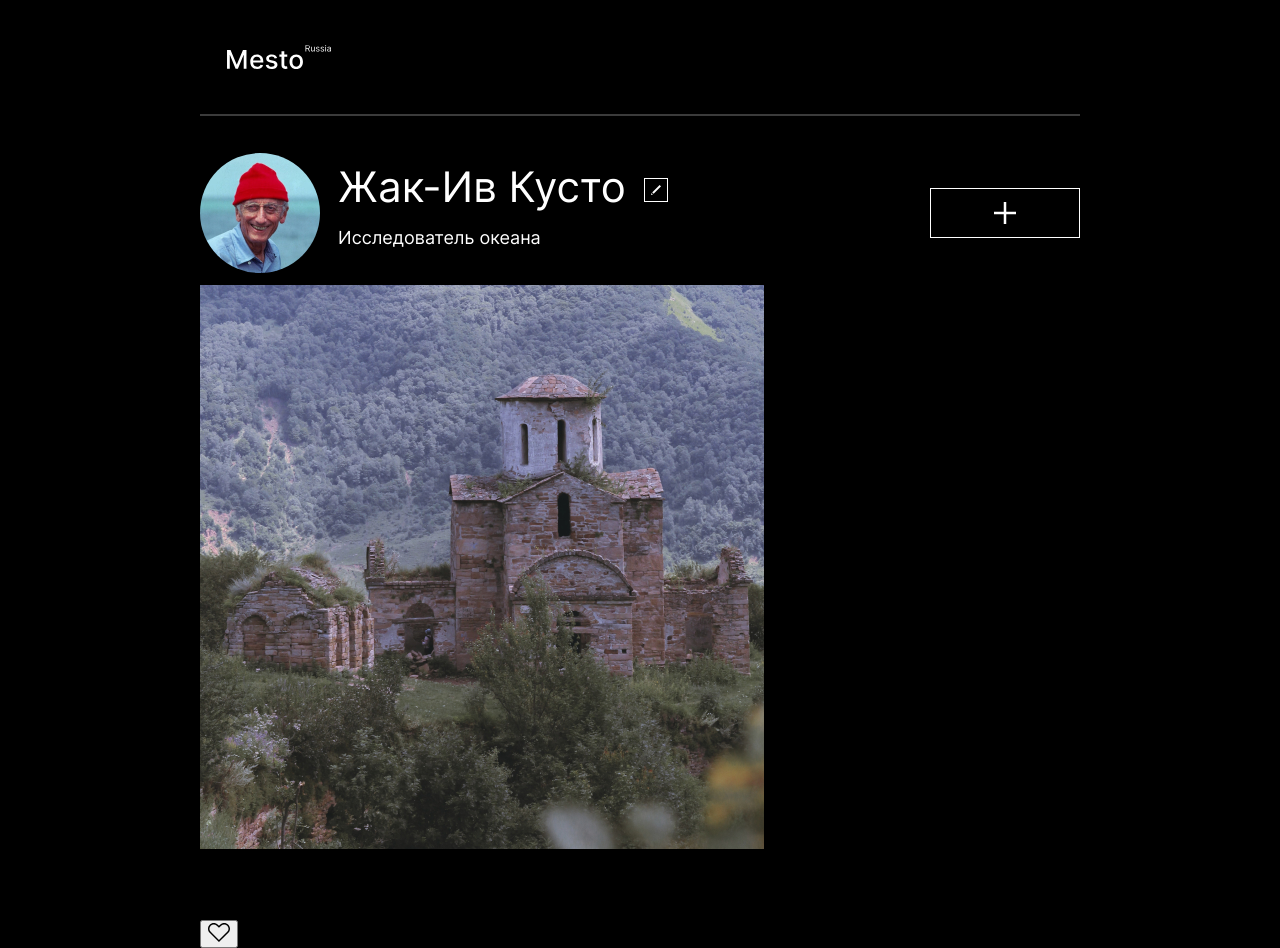
Repository: dyond/mesto
Page: index.html
These files come from the project's save history. The page is drawn as it stood at one moment and after a run of saves; the edit follows.
The browser window is 1280 px wide. The pictures show the whole page.
Some web fonts or font styles are not loaded; a fallback is used.

Above is the page before, as saved 2022-11-28 19:31:49.

After the next 13 saves:
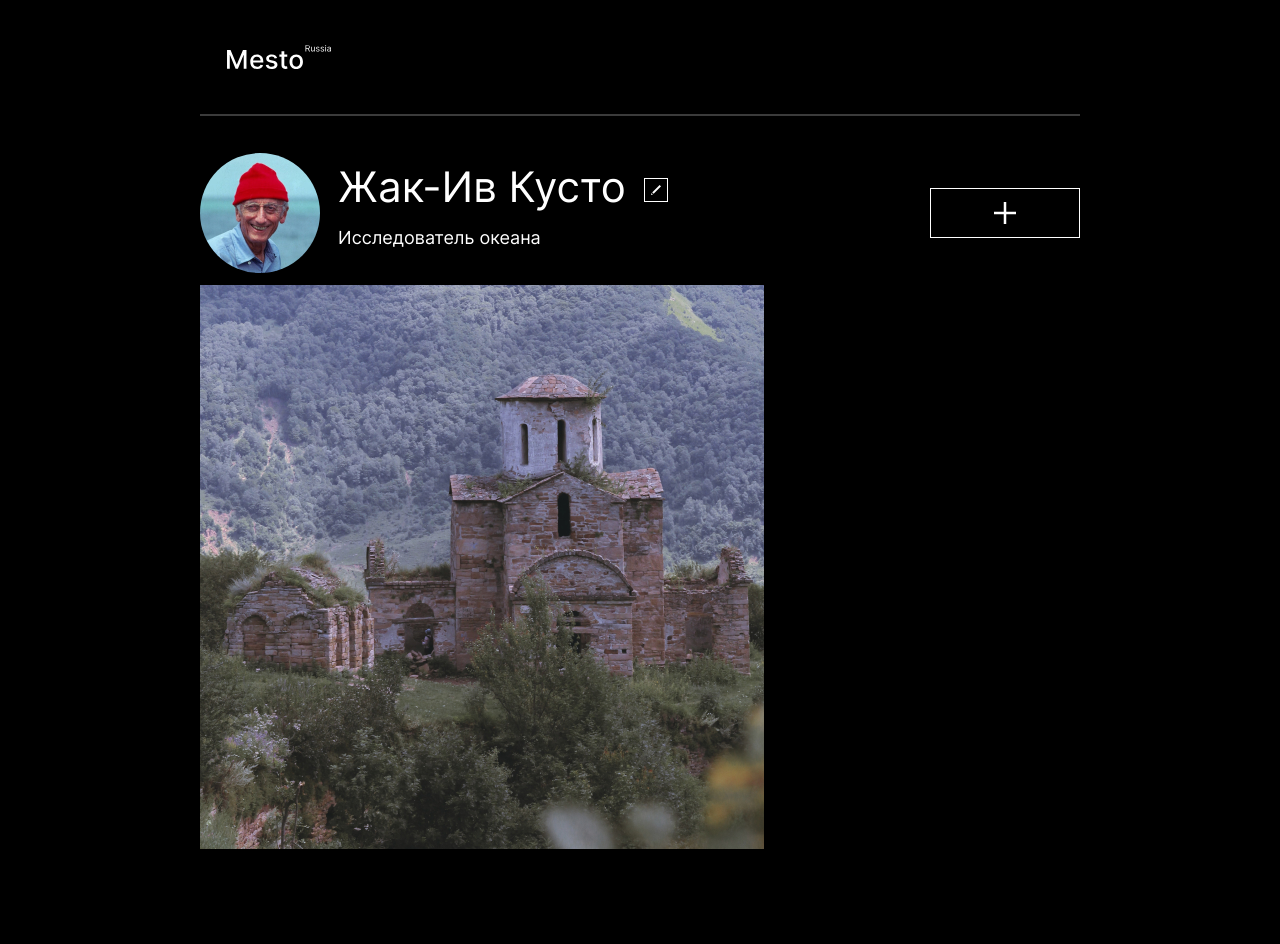
The 13 saves are shown as one change because they came seconds apart.
The last was saved 18 s later.
--- a/blocks/cards/card/__button/card__button.css
+++ b/blocks/cards/card/__button/card__button.css
@@ -1,7 +1,9 @@
 .card__button{
-
+  background: transparent;
+  border: none;
 }
 
 .card__button:hover{
   cursor: pointer;
+  opacity: 0.6;
 }
